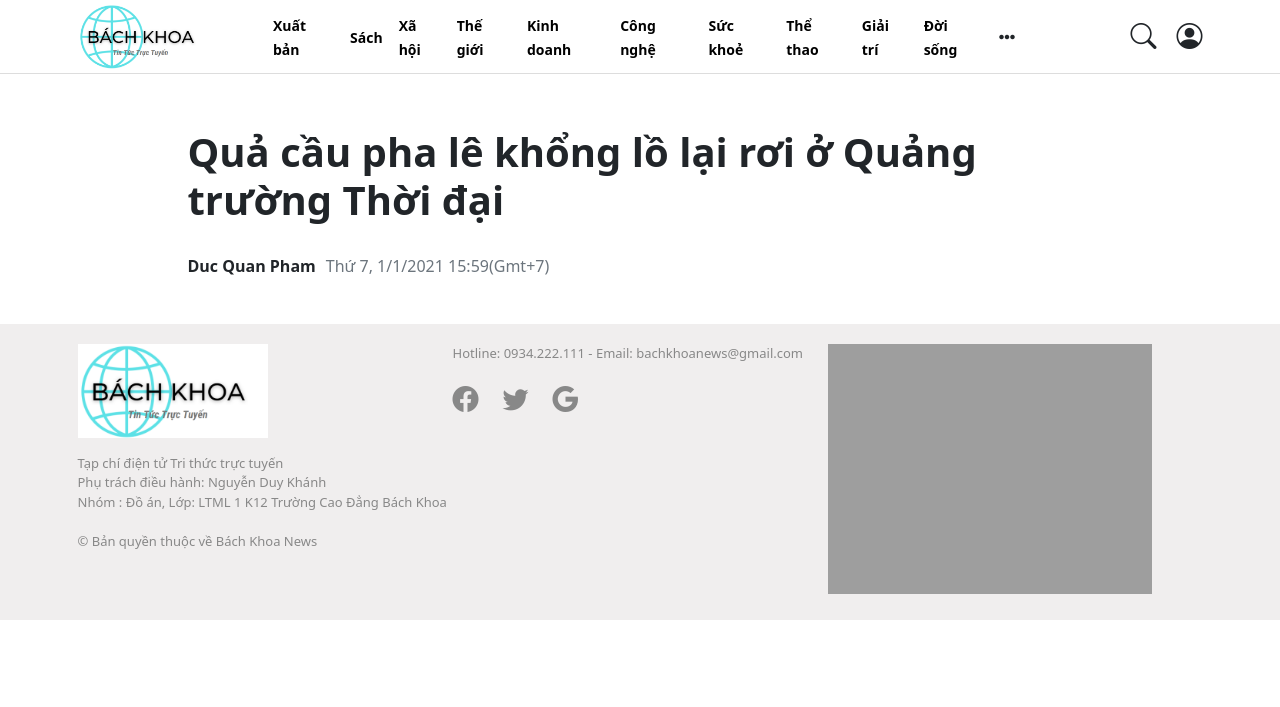
Repository: khanh2324/Java_Web
Page: WebContent/home-new/index.html
An editor plug-in stored every save of this project. The page is shown before and after the next save, followed by the edit.
The browser window is 1280 px wide. The pictures show the whole page.
Pictures or frames that could not be fetched are drawn as grey boxes. Some web libraries are served in a nearby version.

Above is the page before, as saved 2022-01-01 16:05:35.

After the next save:
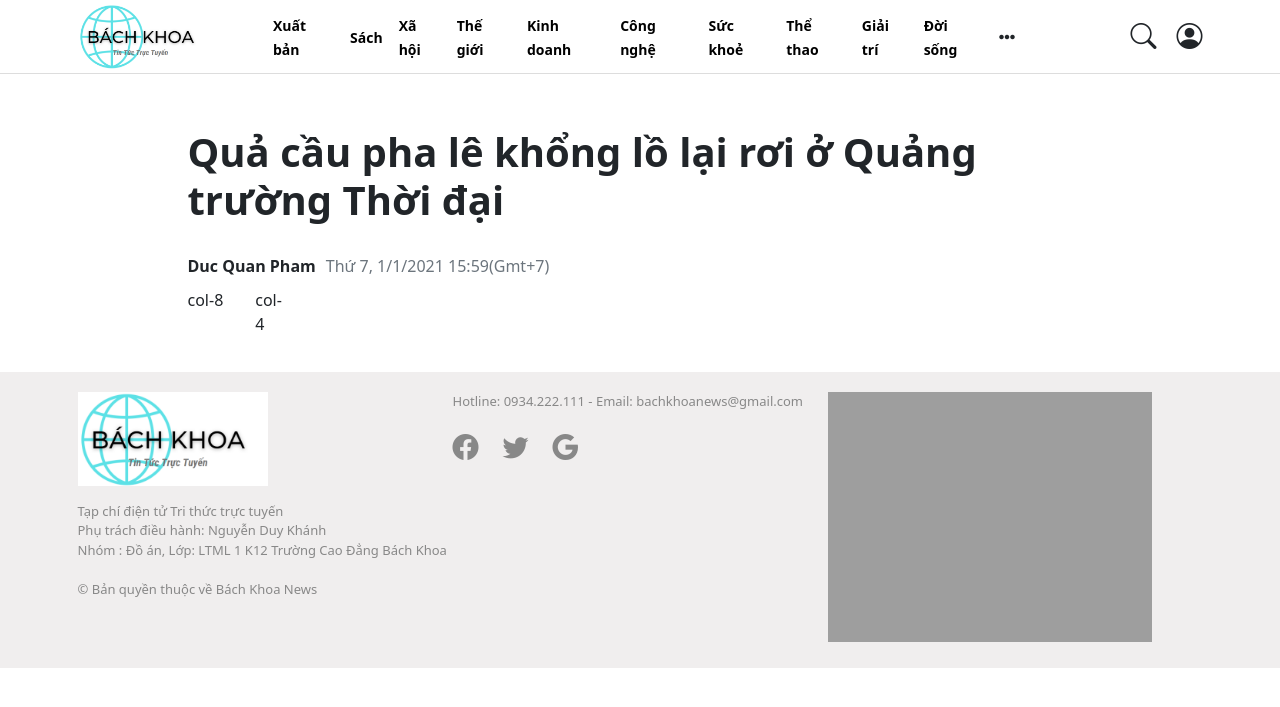
Saved 62 s later.
--- a/WebContent/home-new/index.html
+++ b/WebContent/home-new/index.html
@@ -405,7 +405,10 @@
                     <p class="category-title_time ms-3 text-muted">Thứ 7, 1/1/2021 15:59(Gmt+7)</p>
                 </div>
                 <div class="content-hot d-flex mt-xxl-5">
-
+                    <div class="row">
+                        <div class="col-8">col-8</div>
+                        <div class="col-4">col-4</div>
+                      </div>
                 </div>
             </div>
         </div>
